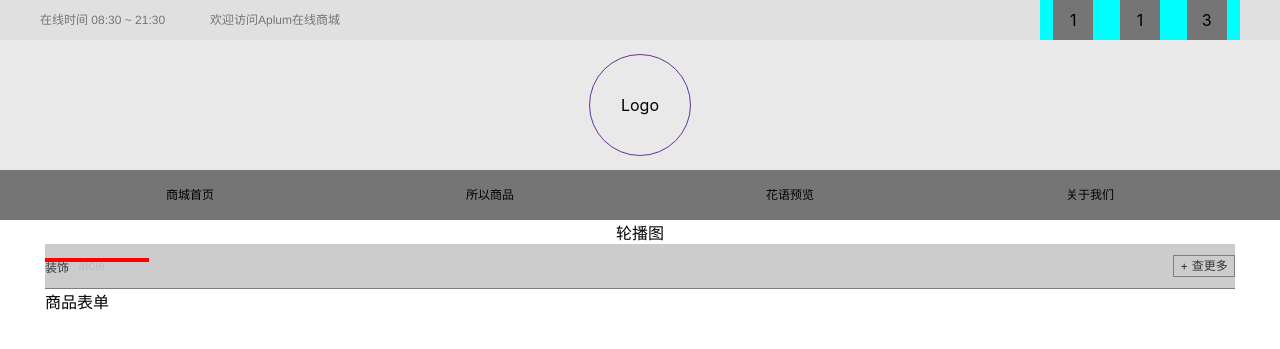
Repository: Alicehhhmm/aplum
Page: /
The author's editor kept a copy of each file at every save. The page is drawn from the files as they stood at one save, then again after a run of saves.
The browser window is 1280 px wide. The pictures show the whole page.
The project was rebuilt for these pictures with package versions that can differ from the ones it lists, and the page was loaded fresh each time. Also part of the build but not shown: src/components/footer/index.jsx, src/components/carousel/index.scss, src/components/productList/index.scss, src/App.css.

Above is the page before, as saved 2021-10-11 16:52:20.

### src/index.js
import React from 'react';
import ReactDOM from 'react-dom';
import './index.css';
import App from './App';
import reportWebVitals from './reportWebVitals';

ReactDOM.render(
  <React.StrictMode>
    <App />

  </React.StrictMode>,
  document.getElementById('root')
);


reportWebVitals();

### src/App.js


// import Footer from './views/footer/footer';//尾部
import Footer from './components/footer';
import Body from './components/body';
import Header from './components/header';
import './App.css';

function App() {
  return (
    <div>
      <Header/>
      <Body/>
      {/* <Footer/> */}
    </div>
  );
}

export default App;

### src/components/body/index.jsx
import React,{Component} from "react";
import CarouselComp from "../carousel";
import ProductList from '../productList'
import "./index.scss"

export default class Body extends Component{

  render(){
      return(
        <div className="mun">
          <CarouselComp/>
          <div className="mun_child"></div>
          <ProductList/>
        </div>
      );
  }
}

### src/components/header/index.jsx
import React, { Component } from "react";
import './index.scss'
export default class Header extends Component{
    render(){
        const tag = ['商城首页','所以商品','花语预览','关于我们']
        return(
            <div className="mn" >
                {/* 头部小导航栏 */}
                <view className="minTop">
                    <view className='minTopft'>
                        <view className='time'>在线时间 08:30 ~ 21:30</view>
                        <view className='time'>欢迎访问Aplum在线商城</view>
                    </view>
                    <view className='minToprt'>
                        <view className="icn">1</view>
                        <view className="icn">1</view>
                        <view className="icn">3</view>
                    </view>
                </view>
                {/* 头部大导航栏 */}
                <view className="maxTop">
                    <view className="maxToptp"><span className='logo'>Logo</span></view>
                    <view className="maxTopbt">
                        {tag.map(r=>(
                             <view className="tag">{r}</view>
                        ))}
                    </view>
                </view>
            </div>
        )
    }
}

### src/components/footer/index.scss
*{
    margin: 0;
    padding: 0;
    list-style-type:none;
}
.mu{
    width: auto;
    height: 500px;
    display: flex;
    flex-direction: column;
    justify-content: space-between;
    background-color: sandybrown;
}
.mut{
    width: auto;
    height: 144px;
    line-height: 144px;
    font-size: 32px;
    font-weight: 700;
    color: #ffffff;
    font-family:Helvetica,Arial,sans-serif ;
    display: flex;
    flex-direction: column;
    justify-content: center;
    align-items: center;
    flex-grow: 0;
    background-color: rgb(2, 26, 9);
}
.mub{
    width: auto;
    display: flex;
    flex-direction: column;
    justify-content: center;
    align-items: center;
    flex-grow: 1;
    background-color: skyblue;
}
.mutt{
    width: auto;
    margin: 0 320px;
    display: flex;
    flex-grow: 1;
    background-color: tan;
}
.ttbn{
    width: 222px;
    height: 356px;
    padding: 0 12px;
    display: flex;
    flex-direction: column;
    align-items: center;
    background-color: rgb(2, 26, 9);
}
.p{
    font-size: 16px;
    line-height: 16px;
    color: #ffffff;
    font-family:Helvetica,Arial,sans-serif ;
    margin-bottom: 14px;
}
.li{
    font-size: 12px;
    color: #f9f9f9;
}
.mubb{
    width: auto;
    display: flex;
    flex-direction: row;
    justify-content: space-between;
    flex-grow: 0;
    border-top:1px solid #ffffff;
}
.bbtn{
    width: 492px;
    height: 60px;
    display: flex;
    justify-content: center;
    align-items: center;
    background-color: rgb(2, 26, 9);
}
.copright{
    font-family:  Helvetica,"sans-serif-light",sans-serif;
    font-size: 12px;
    font-weight: 300;
    color: #f9f9f9;
}
.bbtnx{
    width: 492px;
    height: 60px;
    display: flex;
    justify-content: flex-end;
    align-items: center;
    background-color: rgb(2, 26, 9);
}
.icon{
    width: 20px;
    height: 40px;
    padding: 0 5px;
    background-color: #ffffff;
}

### src/components/carousel/index.jsx
import React,{Component} from "react";
// 插件引入
import "react-responsive-carousel/lib/styles/carousel.min.css"; // requires a loader
import { Carousel } from 'react-responsive-carousel';

import "./index.scss"

export default class CarouselComp extends Component{

  render(){
      return(
        // <Carousel showArrows={true} >
        //     <div>
        //         <img src="assets/1.jpeg" />
        //         <p className="legend">Legend 1</p>
        //     </div>
        //     <div>
        //         <img src="assets/2.jpeg" />
        //         <p className="legend">Legend 2</p>
        //     </div>
        //     <div>
        //         <img src="assets/3.jpeg" />
        //         <p className="legend">Legend 3</p>
        //     </div>
        //  </Carousel>

        <div className="">
          <div className="munchild_carousel">轮播图</div>
        </div>
      );
  }
}

### src/components/productList/index.jsx
import React,{Component} from "react";
import TopList from './topList'
import "./index.scss"

export default class ProductList extends Component{

  render(){
      return(
        <div className="">
            <TopList/>
            <div className="munchild_product_list">商品表单</div>
        </div>
      );
  }
}

### src/components/body/index.scss

.mun{
    display: flex;
    flex-direction: column;
    align-items: center;
}

.mun_child{
    display: flex;
    justify-content: center;
    align-items: center;
}

### src/components/header/index.scss
*{
    margin: 0;
    padding: 0;
}


// 主体
.mn{
    background-color: #e0e0e0;
}

// 头部小导航栏
.minTop{
    height: 40px;
    line-height: 40px;
    background-color: #e0e0e0;
    padding: 0 40px;
    display: flex;
    justify-content: space-between;
    .minTopft{
        // background-color: aqua;
        width: 300px;
        display: flex;
        justify-content: space-between;
        .time{
            font-size: 12px;
            color: #757575;
            font-family:Helvetica,微软雅黑,Arial,sans-serif;
        }
    }
    .minToprt{
        background-color: aqua;
        width: 200px;
        display: flex;
        justify-content: space-around;
        .icn{
            width: 40px;
            height: 40px;
            text-align: center;
            background-color: #757575;
        }
    }
}

// 头部大导航栏
.maxTop{
    background-color: #757575;
    display: flex;
    flex-direction:column;
    .maxToptp{
        background-color: #e9e9e9;
        height: 130px;
        display: flex;
        justify-content: center;
        align-items: center;
        .logo{
            width: 100px;
            height: 100px;
            border: 1px solid rebeccapurple;
            border-radius: 50%;
            display: flex;
            justify-content: center;
            align-items: center;
        }
    }
    .maxTopbt{
        height: 50px;
        line-height: 50px;
        padding: 0 40px;
        // background-color: brown;
        display: flex;
        justify-content: space-around;
        align-items: center;
        .tag{
            width: 140px;
            font-size: 12px;
            display: flex;
            justify-content: center;
        }
    }
}

### src/components/productList/topList/index.jsx
import React,{Component} from "react";
import "./index.scss"

export default class TopList extends Component{

    render(){
        return(
            <div className="mod">
                <view className="modft">
                    <span>装饰</span>
                    <span className="modtext">alcie</span>
                </view>
                <view className="modrt">+ 查更多</view>
            </div>
        );
    }
  }

### src/components/productList/topList/index.scss


.mod{
    background-color: #ccc;
    width: 1190px;
    height: 44px;
    border-bottom:1px solid rgba(51, 51, 51, 0.5);
    display: flex;
    justify-content: space-between;
    align-items: center;
    .modft{
        width: 60px;
        font-size: 12px;
        color: #333;
        display: flex;
        flex-direction: row;
        justify-content: space-between;
        position: relative;
        .modtext{
            font-size: 12px;
            color: #bababa;
        }
        :after{
            content:'';
            width: 100px;
            // height: 20px;
            display: flex;
            flex-direction: row;
            border:2px solid red;
            position: absolute;
            top: 0;
            left: 0;
        }
    }
    .modrt{
        width: 60px;
        height: 20px;
        border: rgba(51, 51, 51, 0.5) solid 1px;
        font-size: 12px;
        color: #333;
        text-align: center;
    }
}

Loaded but not shown: public/index.html (common file); src/index.css (common file); src/reportWebVitals.js (common file)

After the next 2 saves:
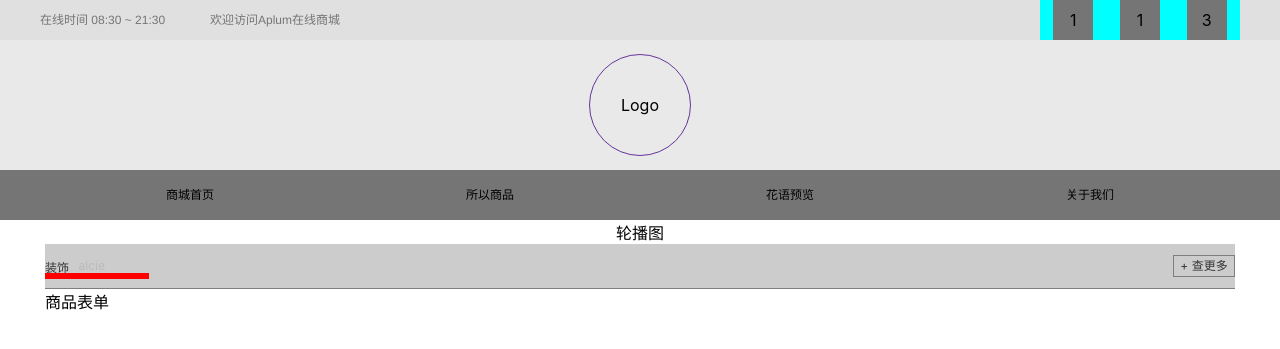
The 2 saves are shown as one change because they came seconds apart.
The last was saved 33 s later.
--- a/src/components/productList/topList/index.scss
+++ b/src/components/productList/topList/index.scss
@@ -28,7 +28,7 @@
             flex-direction: row;
             border:2px solid red;
             position: absolute;
-            top: 0;
+            top: 20;
             left: 0;
         }
     }
